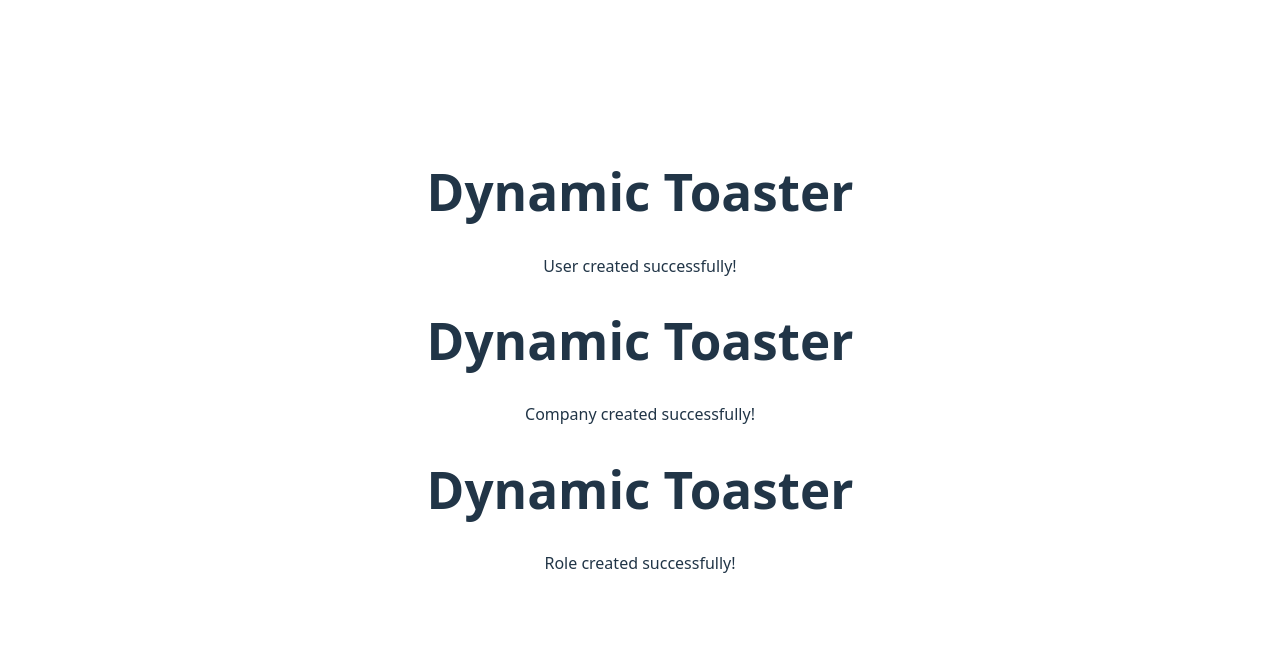
Repository: Janum4444/React-learning
Page: /
An editor plug-in stored every save of this project. The page is shown before and after the next save, followed by the edit.
The browser window is 1280 px wide. The pictures show the whole page.
The project was rebuilt for these pictures with package versions that can differ from the ones it lists, and the page was loaded fresh each time. Also part of the build but not shown: vite.config.js, src/Hello.jsx, src/UserProfile.jsx.

Above is the page before, as saved 2026-02-22 12:25:24.

After the next save:
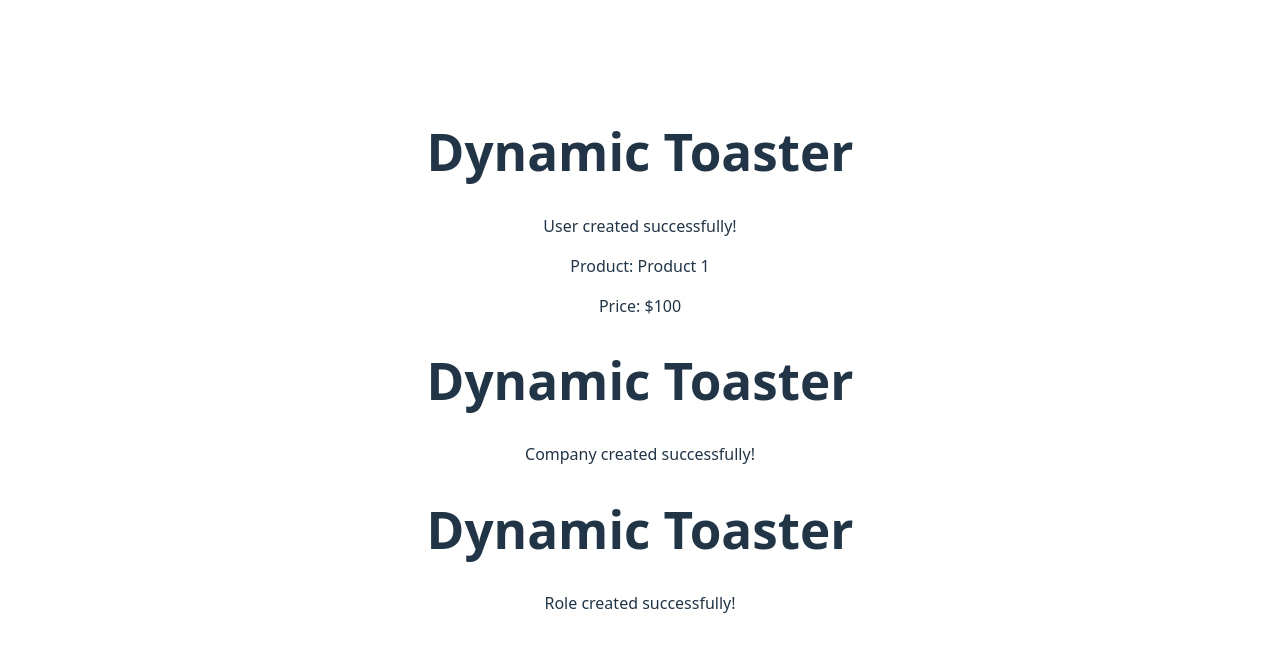
Saved 52 s later.
--- a/src/DynamicToaster.jsx
+++ b/src/DynamicToaster.jsx
@@ -1,9 +1,15 @@
-export const DynamicToaster = (props) => {
-    console.log(props);
+export const DynamicToaster = ({message, product}) => {
+    console.log({message, product});
     return (
         <div>
             <h1> Dynamic Toaster </h1>
-            <p>{props.message}</p>
+            <p>{message}</p>
+            {product && (
+                <div>
+                    <p>Product: {product.name}</p>
+                    <p>Price: ${product.price}</p>
+                </div>
+            )}
         </div>
     )
 }
